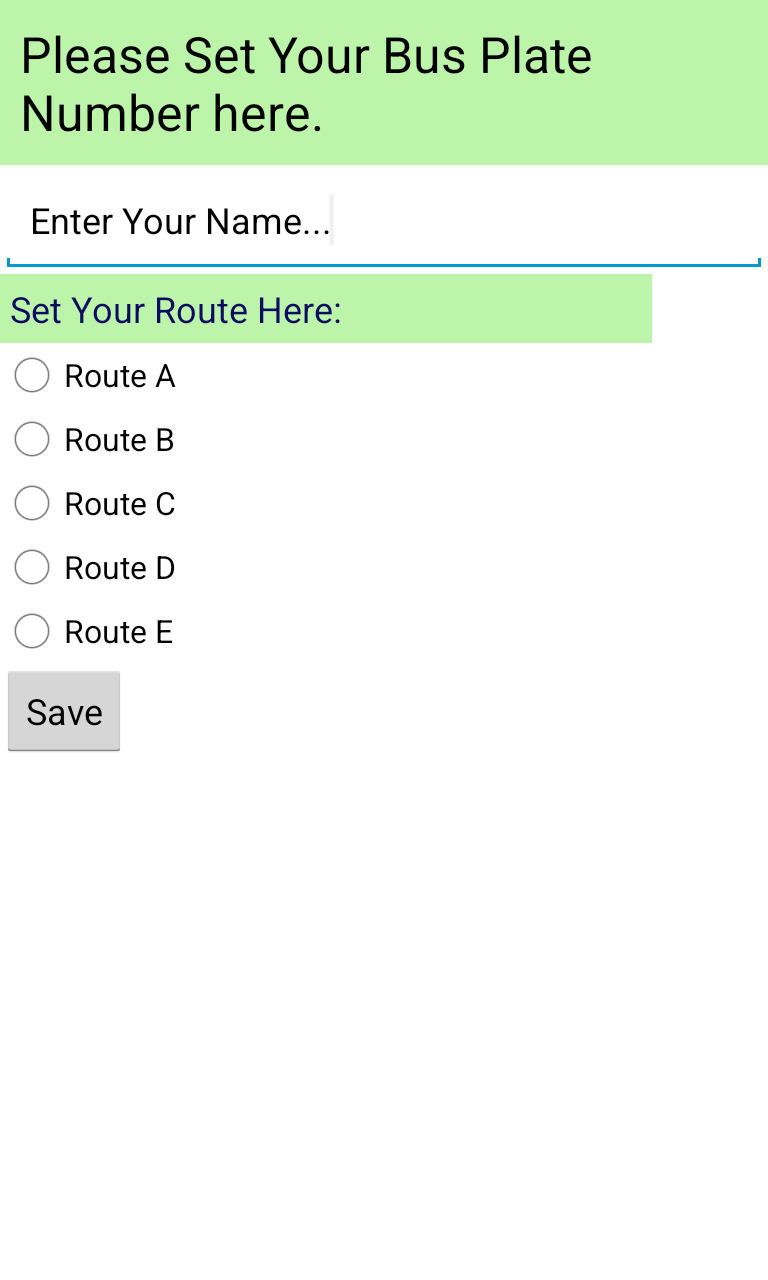
Repository: patheon17/myrepo2
Layout: workspace/UMBusTracker/res/layout/activity_set_plate_num.xml
An editor plug-in stored every save of this project. The layout is shown before and after the next save, followed by the edit.
It is drawn on a 768 x 1280 px phone screen (xhdpi) without system bars, with theme AppTheme; the app's code is not run.

Above is the layout before, as saved 2013-10-01 09:55:09.

### workspace/UMBusTracker/res/layout/activity_set_plate_num.xml
<LinearLayout xmlns:android="http://schemas.android.com/apk/res/android"
    xmlns:tools="http://schemas.android.com/tools"
    android:layout_width="match_parent"
    android:layout_height="match_parent"
    android:orientation="vertical"
    tools:context=".MainActivity" >

    <TextView
        android:id="@+id/textView1"
        android:layout_width="wrap_content"
        android:layout_height="wrap_content"
        android:background="@color/appbackground"
        android:padding="10sp"
        android:text="Please Set Your Bus Plate Number here."
        android:textAppearance="?android:attr/textAppearanceLarge"
        android:textSize="25sp" />

    <EditText
        android:id="@+id/editText1"
        android:layout_width="match_parent"
        android:layout_height="wrap_content"
        android:ems="10"
        android:text="Enter Your Name..."
        android:padding="15sp" >

        <requestFocus />
    </EditText>

    <TextView
        android:id="@+id/textView2"
        android:layout_width="326dp"
        android:layout_height="wrap_content"
        android:padding="5sp"
        android:background="@color/appbackground"
        android:text="Set Your Route Here:"
        android:textAppearance="?android:attr/textAppearanceMedium"
        android:textColor="#0B0B61" />

    <RadioGroup
        android:layout_width="fill_parent"
        android:layout_height="wrap_content" >

        <RadioButton
            android:id="@+id/routeA"
            android:layout_width="wrap_content"
            android:layout_height="wrap_content"
            android:text="Route A" />

        <RadioButton
            android:id="@+id/routeB"
            android:layout_width="wrap_content"
            android:layout_height="wrap_content"
            android:text="Route B" />

        <RadioButton
            android:id="@+id/routeC"
            android:layout_width="wrap_content"
            android:layout_height="wrap_content"
            android:text="Route C" />
        <RadioButton
            android:id="@+id/routeD"
            android:layout_width="wrap_content"
            android:layout_height="wrap_content"
            android:text="Route D" />
        <RadioButton
            android:id="@+id/routeE"
            android:layout_width="wrap_content"
            android:layout_height="wrap_content"
            android:text="Route E" />
    </RadioGroup>

    <Button
        android:id="@+id/button1"
        android:layout_width="wrap_content"
        android:layout_height="wrap_content"
        android:text="Save" />

</LinearLayout>

### workspace/UMBusTracker/res/values/styles.xml
<resources>

    <!--
        Base application theme, dependent on API level. This theme is replaced
        by AppBaseTheme from res/values-vXX/styles.xml on newer devices.
    -->
    <style name="AppBaseTheme" parent="android:Theme.Light">
        <!--
            Theme customizations available in newer API levels can go in
            res/values-vXX/styles.xml, while customizations related to
            backward-compatibility can go here.
        -->
    </style>

    <!-- Application theme. -->
    <style name="AppTheme" parent="AppBaseTheme">
        <!-- All customizations that are NOT specific to a particular API-level can go here. -->
    </style>
    <color name="appbackground">#BCF5A9</color>

</resources>

Loaded but not shown: workspace/UMBusTracker/res/values-v11/styles.xml (common file); workspace/UMBusTracker/res/values-v14/styles.xml (common file)

After the next save:
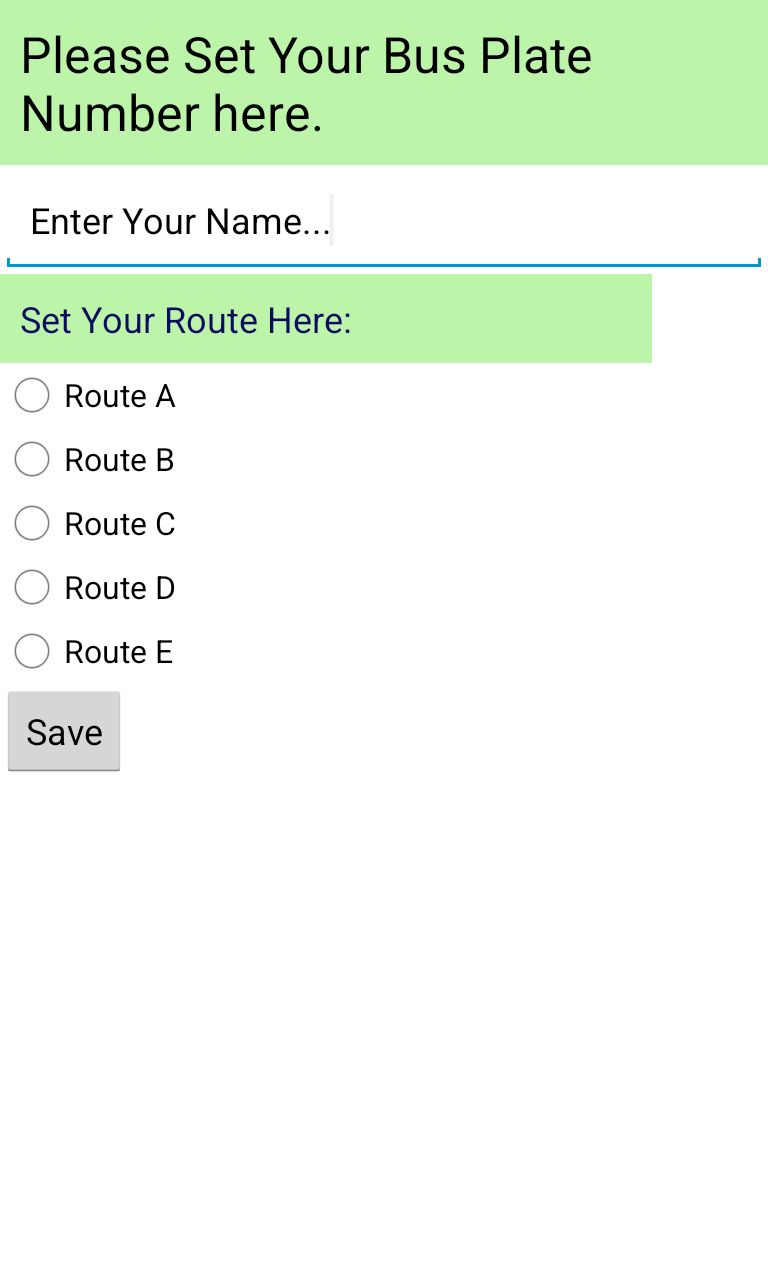
Saved 14 s later.
--- a/workspace/UMBusTracker/res/layout/activity_set_plate_num.xml
+++ b/workspace/UMBusTracker/res/layout/activity_set_plate_num.xml
@@ -30,7 +30,7 @@
         android:id="@+id/textView2"
         android:layout_width="326dp"
         android:layout_height="wrap_content"
-        android:padding="5sp"
+        android:padding="10sp"
         android:background="@color/appbackground"
         android:text="Set Your Route Here:"
         android:textAppearance="?android:attr/textAppearanceMedium"
